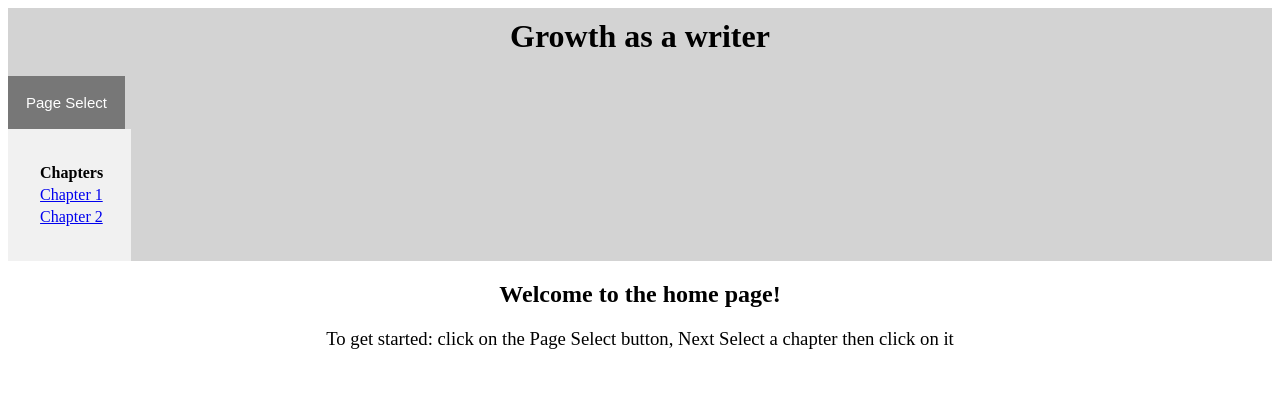
Repository: jpaisiem/WP-4
Page: index.html
These files come from the project's save history. The page is drawn as it stood at one moment and after the next save; the edit follows.
The browser window is 1280 px wide. The pictures show the whole page.

Above is the page before, as saved 2025-04-29 12:40:40.
Console error: TypeError: Cannot read properties of undefined (reading 'toggle')

### index.html
<!DOCTYPE html>
<html>
<head>
<meta name="viewport" content="width=device-width, initial-scale=1">
<style>
.collapsible {
  background-color: #777;
  color: white;
  cursor: pointer;
  padding: 18px;
  width: fit-content;
  border: none;
  text-align: left;
  outline: none;
  font-size: 15px;
}

.active, .collapsible:hover {
  background-color: #555;
}

.content {
  display: flex;
  flex-direction: column;
  overflow: hidden;
  background-color: #f1f1f1;
  width: fit-content;
  height: fit-content;
  padding-left: 2.3%;
  padding-right: 2%;
}
</style>
</head>
<body>
    <div style="background-color: lightgray; display: flex; flex-direction: column; margin-top: 0%;">
        <h1 style="text-align: center; background-color: lightgray; padding-top: 10px; margin-top: 0%;">Growth as a writer</h1>
<button type="button" class="collapsible">Page Select</button>
<div class="content">
  <p><table>
    <tr>
        <th>Chapters</th>
    </tr>
    <tr>
        <td><a href="Chapter1.html">Chapter 1</a></td>
    </tr>
     <tr>
        <td><a href="#">Chapter 2</a></td>
    </tr>
  </table></p>
</div>
    </div>
<div style="text-align: center;">
     <h2 style="text-align: center;">Welcome to the home page!</h2>
     <h3 style="font-size: 36; font-weight: normal;">To get started: click on the Page Select button, Next Select a chapter then click on it</h3>
</div>
<script>
var coll = document.getElementsByClassName("collapsible");
var i;

for (i = 0; i < coll.length; i++) {
  coll[i].addEventListener("click", function() {
    this.classList.toggle("active");
    var content = this.nextElementSibling;
    if (content.style.display === "block") {
      content.style.display = "none";
    } else {
      content.style.display = "block";
    }
  });
}
if(location.reload){
    this.classList.toggle("collapsible");
}
</script>

</body>
</html>

After the next save:
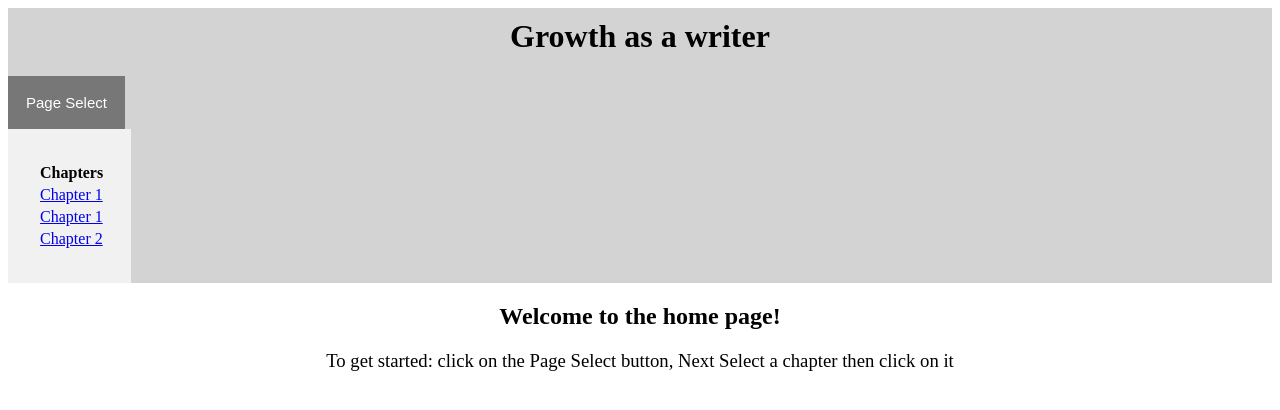
Saved 22 s later.
--- a/index.html
+++ b/index.html
@@ -43,6 +43,9 @@
     <tr>
         <td><a href="Chapter1.html">Chapter 1</a></td>
     </tr>
+    <tr>
+        <td><a href="Chapter1.html">Chapter 1</a></td>
+    </tr>
      <tr>
         <td><a href="#">Chapter 2</a></td>
     </tr>
